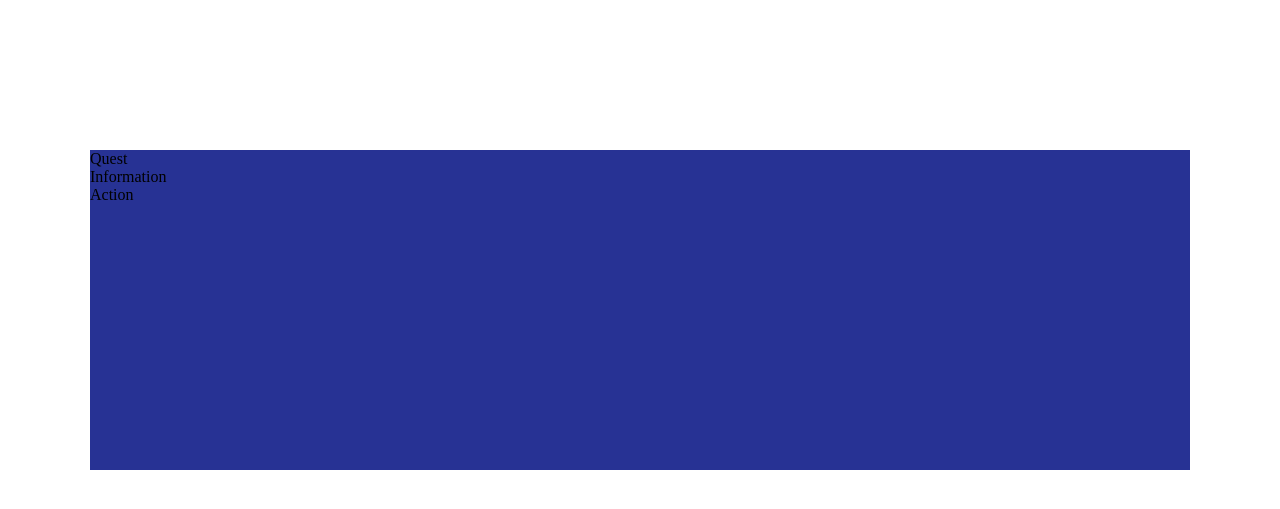
Repository: rahulnag7963/UBCHacks4.0
Page: /
These files come from the project's save history. The page is drawn as it stood at one moment and after the next save; the edit follows.
The browser window is 1280 px wide. The pictures show the whole page.
The project was rebuilt for these pictures with package versions that can differ from the ones it lists, and the page was loaded fresh each time.

Above is the page before, as saved 2022-11-26 02:34:41.

### public/index.html
<!DOCTYPE html>
<html lang="en">
  <head>
    <meta charset="utf-8" />
    <link rel="icon" href="%PUBLIC_URL%/favicon.ico" />
    <meta name="viewport" content="width=device-width, initial-scale=1" />
    <meta name="theme-color" content="#000000" />
    <meta
      name="description"
      content="Web site created using create-react-app"
    />
    <link rel="apple-touch-icon" href="%PUBLIC_URL%/logo192.png" />
    <link rel="manifest" href="%PUBLIC_URL%/manifest.json" />
    <title>BC Hacks 4.0 Game</title>
  </head>
  <body>
    <noscript>You need to enable JavaScript to run this app.</noscript>
    <div id="root"></div>
  </body>
</html>

### src/index.tsx
import React from 'react';
import ReactDOM from 'react-dom/client';
import './index.css';
import App from './app';

const root = ReactDOM.createRoot(
  document.getElementById('root') as HTMLElement
);

root.render(
  <React.StrictMode>
    <App />
  </React.StrictMode>
);

### src/app.tsx
import React from "react";
import "./app.css";
import Quest from "./Components/Quest";
import Information from "./Components/Information";
import Action from "./Components/Action";
function app() {
  return (
    <div className="app">
      <div className="Components">
        <Quest />
        <Information />
        <Action />
      </div>
    </div>
  );
}

export default app;

### src/app.css
.app {
    height: 320px;
    width: 1100px;
    background-color: rgb(39, 50, 148);
    margin-left: auto;
    margin-right: auto;
    margin-top: 150px;


}

.component {
    text-align: center;
    padding: 250px;
}

### src/Components/Quest.tsx
import React from 'react'

const Quest = () => {
  return (
    <div>Quest</div>
  )
}

export default Quest

### src/Components/Information.tsx
import React from 'react'

const Information = () => {
  return (
    <div>Information</div>
  )
}

export default Information

### src/Components/Action.tsx
import React from 'react'

const Action = () => {
  return (
    <div>Action</div>
  )
}

export default Action

Loaded but not shown: src/index.css (common file)

After the next save:
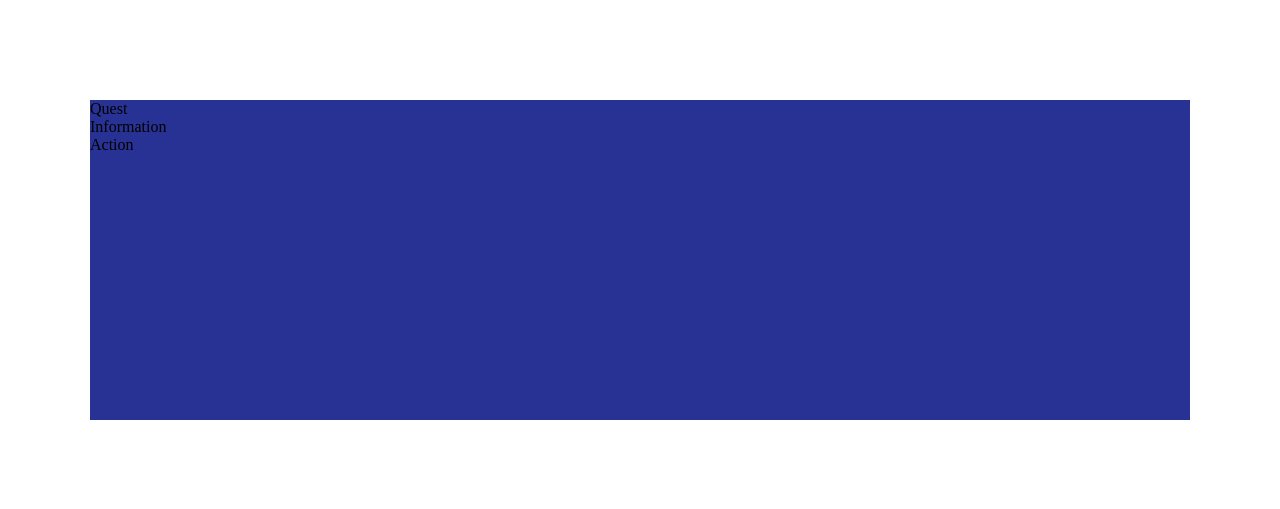
Saved 11 s later.
--- a/src/app.css
+++ b/src/app.css
@@ -4,7 +4,7 @@
     background-color: rgb(39, 50, 148);
     margin-left: auto;
     margin-right: auto;
-    margin-top: 150px;
+    margin-top: 100px;
 
 
 }
